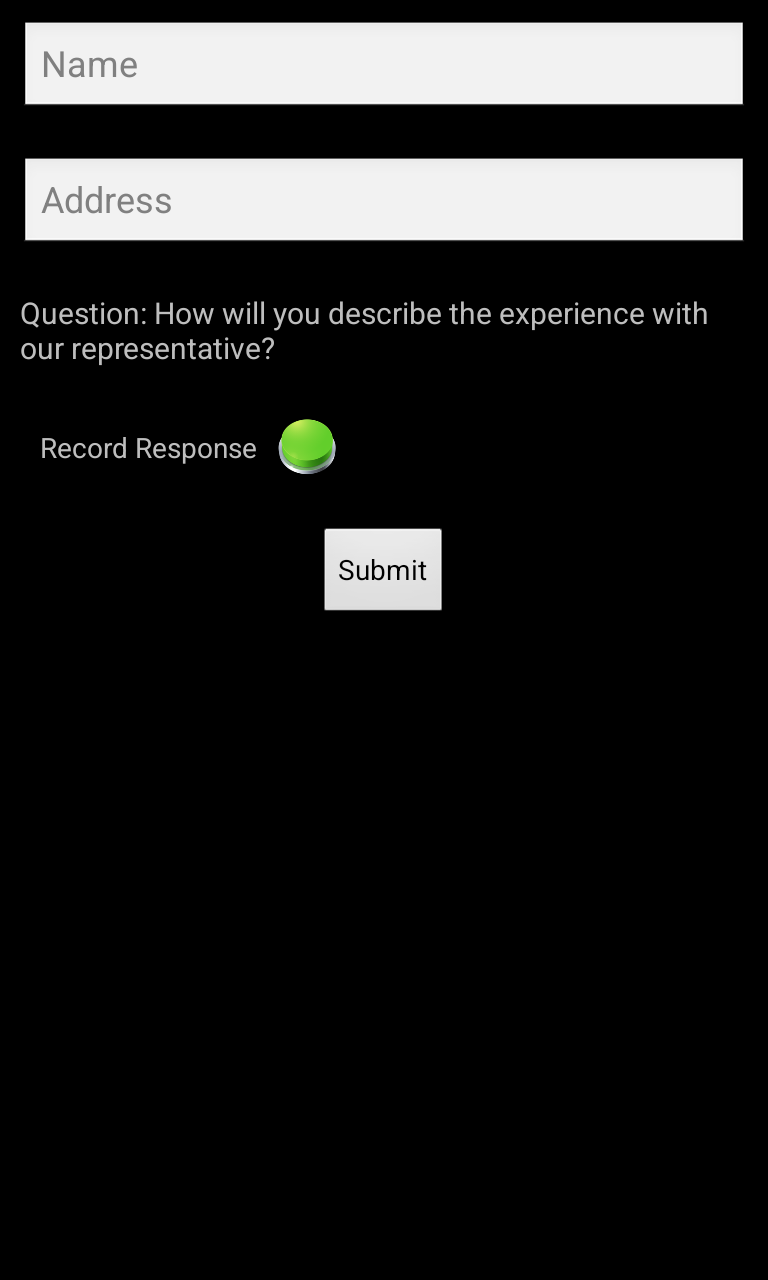
Repository: Anmol92verma/SurveyApp
Layout: SoundServey/res/layout/activity_main.xml
The author's editor kept a copy of each file at every save. The layout is drawn from the files as they stood at one save, then again after the next save.
It is drawn on a 768 x 1280 px phone screen (xhdpi) without system bars, with theme android:Theme.Black; the app's code is not run.

Above is the layout before, as saved 2015-02-21 16:54:07.

After the next save:
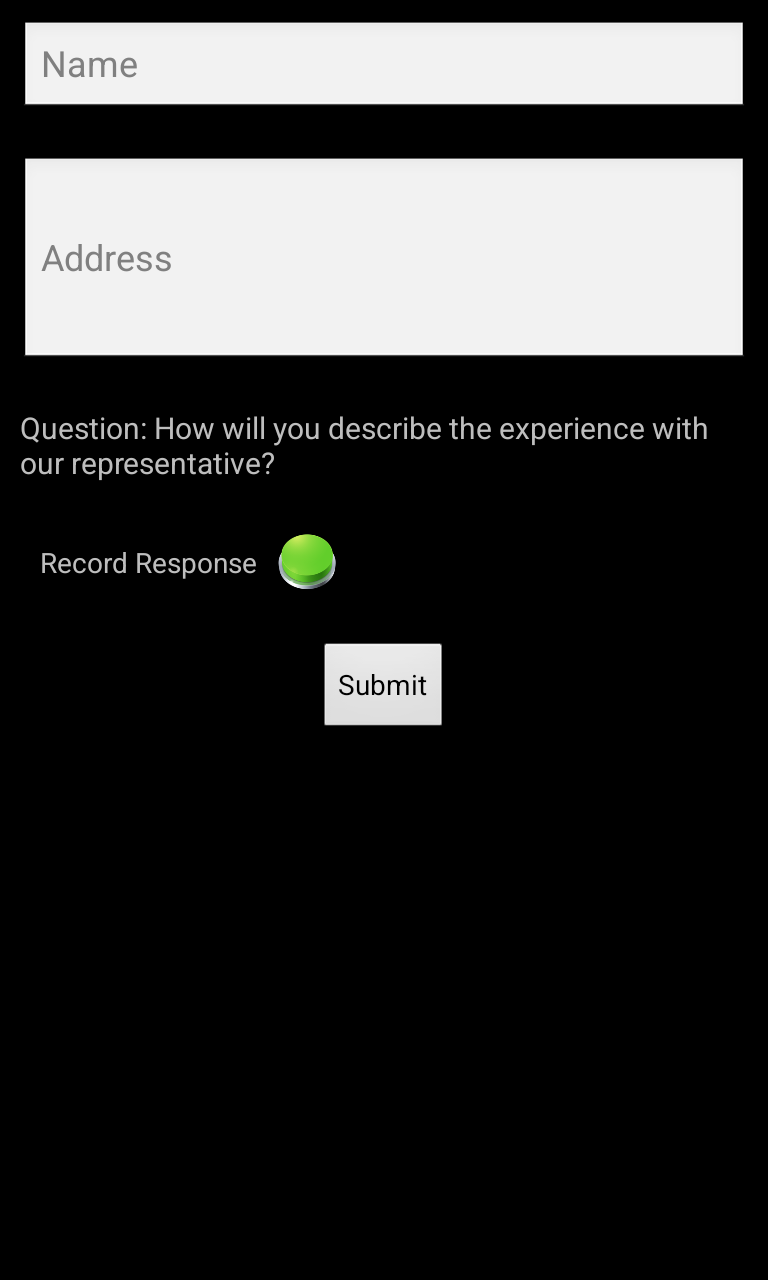
Saved 8 s later.
--- a/SoundServey/res/layout/activity_main.xml
+++ b/SoundServey/res/layout/activity_main.xml
@@ -25,6 +25,7 @@
                 android:id="@+id/edittext_address"
                 android:layout_width="match_parent"
                 android:maxLines="5"
+                android:minLines="4"
                 android:layout_height="wrap_content"
                 android:layout_margin="@dimen/dimen_margin"
                 android:hint="@string/string_address" />
